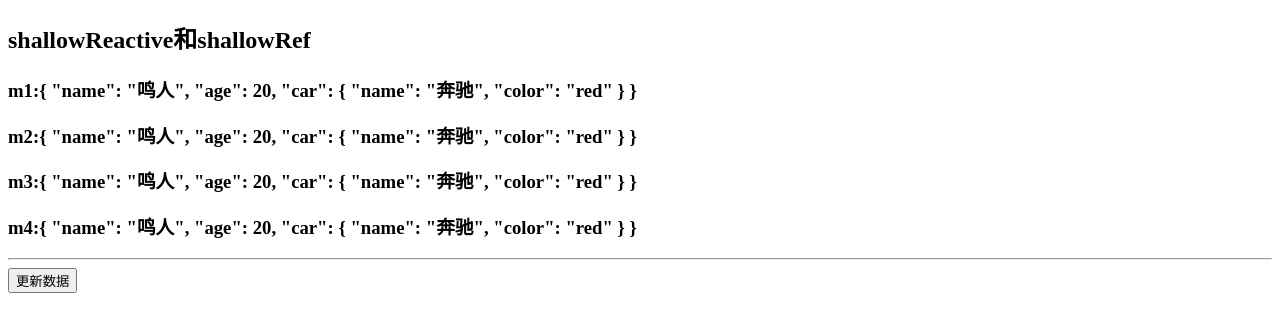
Repository: zhuhongxiang/Vue3.0-TSLeaning
Page: / (app in 04_Vue3/vue3_learning/)
These files come from the project's save history. The page is drawn as it stood at one moment and after the next save; the edit follows.
The browser window is 1280 px wide. The pictures show the whole page.
The project was rebuilt for these pictures with package versions that can differ from the ones it lists, and the page was loaded fresh each time.

Above is the page before, as saved 2021-07-27 10:15:16.

After the next save:
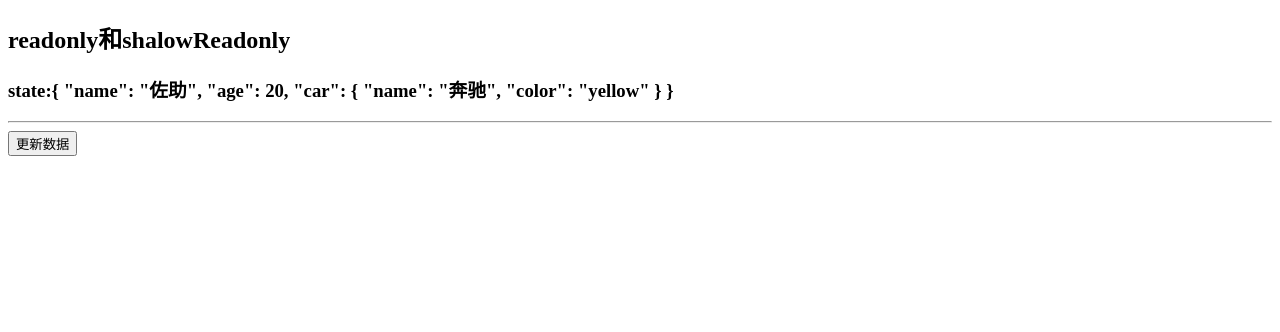
Saved 7 min 59 s later.
--- a/04_Vue3/vue3_learning/src/App.vue
+++ b/04_Vue3/vue3_learning/src/App.vue
@@ -1,83 +1,31 @@
 <template>
-  <h2>shallowReactive和shallowRef</h2>
-  <h3>m1:{{ m1 }}</h3>
-  <h3>m2:{{ m2 }}</h3>
-  <h3>m3:{{ m3 }}</h3>
-  <h3>m4:{{ m4 }}</h3>
+  <h2>readonly和shalowReadonly</h2>
+  <h3>state:{{ state }}</h3>
   <hr />
   <button @click="update">更新数据</button>
 </template>
 
 <script lang='ts'>
-import {
-  defineComponent,
-  reactive,
-  ref,
-  shallowReactive,
-  shallowRef,
-} from "vue";
+import { defineComponent, reactive } from "vue";
 export default defineComponent({
   name: "App",
   props: {},
   components: {},
   setup() {
-    // 深度劫持（深监视）---->深度响应式的数据
-    const m1 = reactive({
-      name: "鸣人",
+    const state = reactive({
+      name: "佐助",
       age: 20,
       car: {
         name: "奔驰",
-        color: "red",
-      },
-    });
-    // 浅劫持（浅监视）---->浅响应式数据
-    const m2 = shallowReactive({
-      name: "鸣人",
-      age: 20,
-      car: {
-        name: "奔驰",
-        color: "red",
-      },
-    });
-    // 深度劫持（深监视）---->深度响应式的数据----做了reactive处理
-    const m3 = ref({
-      name: "鸣人",
-      age: 20,
-      car: {
-        name: "奔驰",
-        color: "red",
-      },
-    });
-    // 浅劫持（浅监视）---->浅响应式数据
-    const m4 = shallowRef({
-      name: "鸣人",
-      age: 20,
-      car: {
-        name: "奔驰",
-        color: "red",
+        color: "yellow",
       },
     });
     const update = () => {
-      //更改m1的数据----reactive方式
-      // m1.name += "==";
-      // m1.car.name += "==";
-      //更改m1的数据----shallowReactive方式
-      // m2.name += "==";
-      // m2.car.name += "==";
-      //更改m1的数据----ref方式
-      // m3.value.name += "==";
-      // m3.value.car.name += "==";
-      //更改m1的数据----shallowRef方式
-      // m4.value.name += "==";
-      // m4.value.car.name += "==";
-      console.log(m3, m4);
+      console.log("ceshi");
     };
 
     return {
-      m1,
-      m2,
-      m3,
-      m4,
+      state,
       update,
     };
   },
